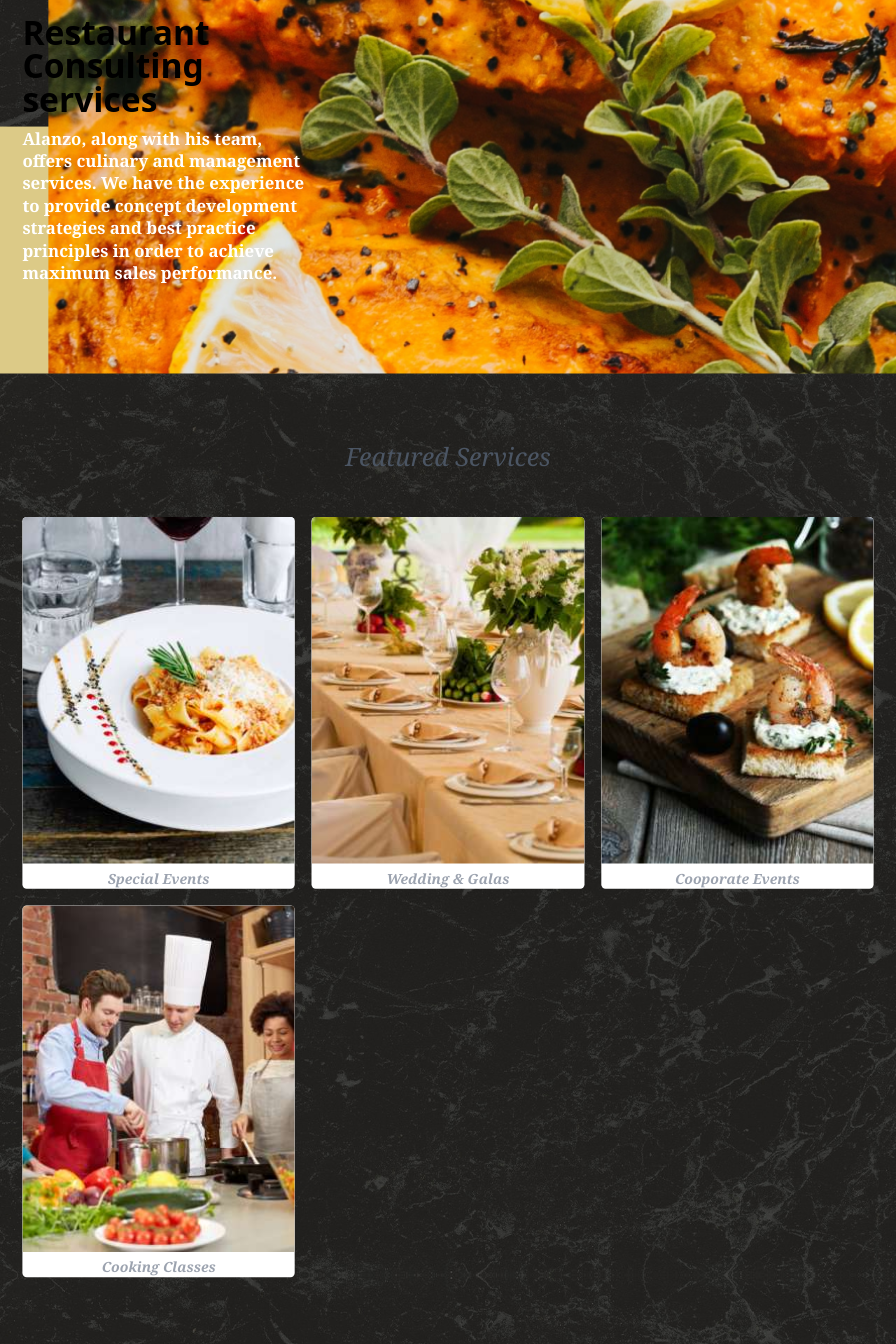
Repository: remydev47/alanzo
Page: /
An editor plug-in stored every save of this project. The page is shown before and after the next save, followed by the edit.
The browser window is 1280 px wide. The pictures show the part of the page from y = 2102 to 4022 px (the page is 4022 px tall), at 70% of full size.
The project was rebuilt for these pictures with package versions that can differ from the ones it lists, and the page was loaded fresh each time. The framework's server and built-in components were replaced by stand-ins that run in the browser. Also part of the build but not shown: next.config.js, components/Menu.tsx, components/Testimonials.tsx, components/CTA.tsx, components/Footer.tsx.

Above is the page before, as saved 2022-12-17 13:13:07.

After the next save:
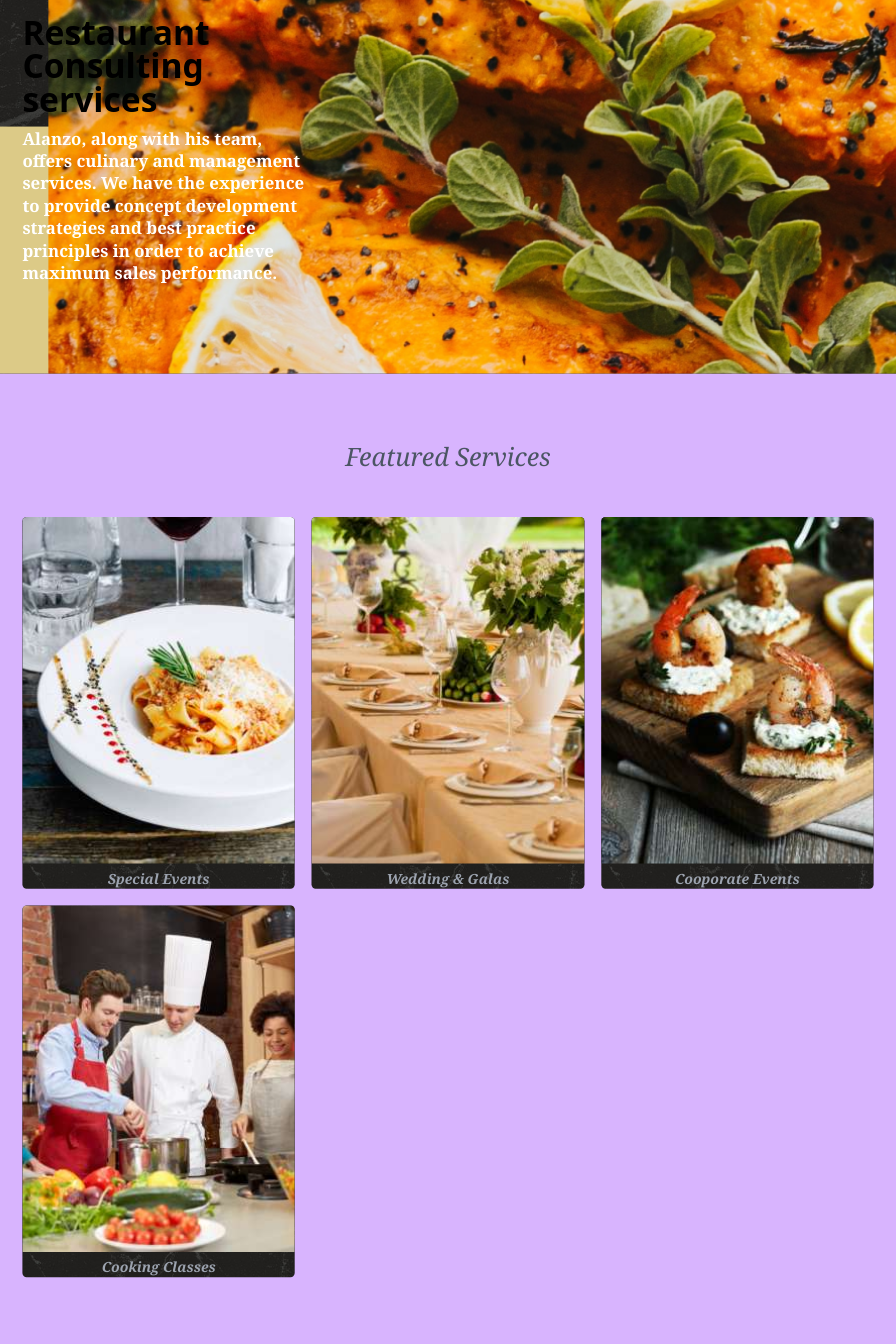
Saved 51 s later.
--- a/components/Catering.tsx
+++ b/components/Catering.tsx
@@ -26,14 +26,14 @@
 
 const Catering = () => {
   return (
-    <section className="bg-[url('/images/bg_2.jpg')] sm:py-16 lg:py-24">
+    <section className="bg-purple-300 sm:py-16 lg:py-24">
       <div className="px-4 mx-auto max-w-7xl sm:px-6 lg:px-8">
        <div className="max-w-2xl mx-auto text-center">
         <h2 className="italic font-serif text-4xl leading-tight text-gray-600">Featured Services</h2>
        </div>
        <div className="grid max-w-md grid-cols-1 gap-6 mx-auto mt-8 text-center lg:max-w-full lg:mt-16 lg:grid-cols-3">
         {services.map((item, i) => (
-          <div className="overflow-hidden bg-white border-gray-300 rounded-md">
+          <div className="overflow-hidden bg-[url('/images/bg_2.jpg')] border-gray-300 rounded-md">
             <div className="flex flex-col items-center justify-center">
 
               <img
